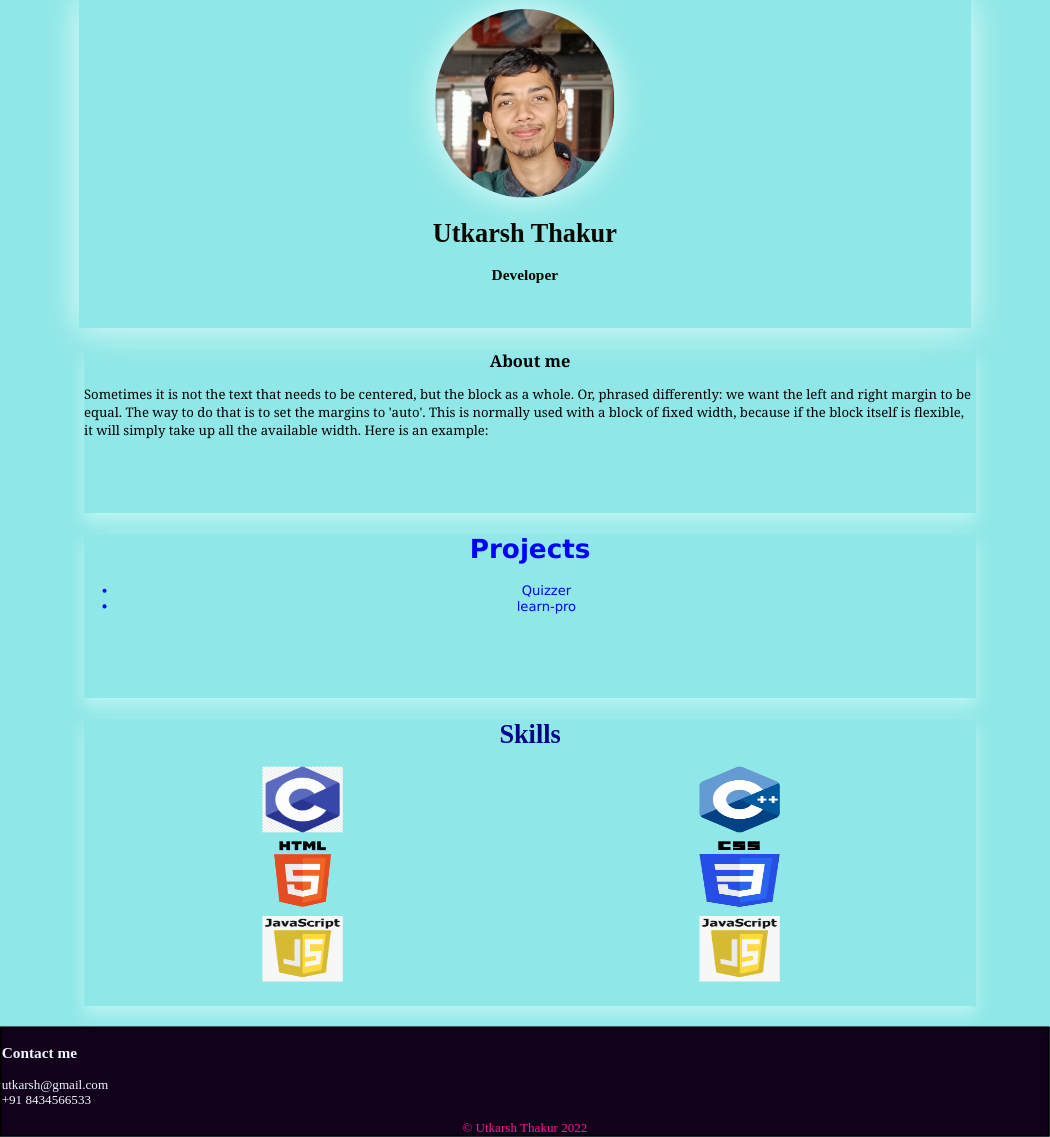
Repository: UtkarshThakur321/Utkarsh-Thakur-Profile
Page: index.html
The author's editor kept a copy of each file at every save. The page is drawn from the files as they stood at one save, then again after the next save.
The browser window is 1280 px wide. The pictures show the whole page, at 82% of full size.

Above is the page before, as saved 2022-01-23 00:18:17.
Not found: main.js

### index.html
<!DOCTYPE html>
<html>
<head>
    <meta charset='utf-8'>
    <meta http-equiv='X-UA-Compatible' content='IE=edge'>
    <title>Page Title</title>
    <meta name='viewport' content='width=device-width, initial-scale=1'>
    <link rel='stylesheet' type='text/css' media='screen' href="index.css">
    <script src='main.js'></script>
</head>
<body>
    <div id="main">
    <!-- <div id="nav">
        <h1>My Resume</h1>
    </div> -->
    <center>
        <div id="intro">
            <div id="profileImage">
                 <img src="./Utkarsh_dp.jpg" alt="DP_Utkarsh__Thakur"
                 width="180" height="170">
            </div>
            <div id="profileName">
                <h1>Utkarsh Thakur</h1>
                <h3>Developer</h3>
            </div>

            <div>


             </div>
        </div>
    </center>



  <div id="aboutMe">
    <div id="aboutMeHeading">
        About me
    </div>
    <div id="aboutMeContent">
        <p>
            Sometimes it is not the text that needs to be centered, but the block as a whole. Or, phrased differently: we want the left and right margin to be equal. The way to do that is to set the margins to 'auto'. This is normally used with a block of fixed width, because if the block itself is flexible, it will simply take up all the available width. Here is an example:
        </p>
    </div>
  </div>



<div id="projects">
    <h1>Projects</h1>
    <ul>
        <li>Quizzer</li>
        <li>learn-pro</li>
    </ul>
</div>



    <div id="skills">
        <h1>Skills</h1>
        <div class="skillsContent">
            <img src="c_programming.png" alt="c_programming">
        </div>
        <div class="skillsContent">
            <img src="./c++_programming.png" alt="c++_programming">
        </div>
        <div class="skillsContent">
            <img src="./html.png" alt="html">
        </div>
        <div class="skillsContent">
            <img src="./CSS3.png" alt="css3">
        </div>
        <div class="skillsContent">
            <img src="./js.png" alt="js">
        </div>
        <div class="skillsContent">
            <img src="./js.png" alt="js">
        </div>

    </div>

    <div id="footer">
        <div id="footerContent">
            <h3>Contact me</h3>
        <p>
            utkarsh@gmail.com<br>
            +91 8434566533

        </p>
            <div id="copyright">
         &copy; Utkarsh Thakur 2022
            </div>
        </div>
        </div>

    </div>



</body>
</html>

### index.css
body{
    width:100%;
    margin:0px;
    background-color: rgb(144, 231, 231);

}


#intro{
    /* background-image:url("./bg.jpg"); */
    /* background-color: rgb(190, 243, 243); */
    height: 400px;
    width:85%;
    box-shadow: 0px 0px 40px rgb(235, 253, 253);
    margin-bottom: 2%;

}


#profileImage>img{
    margin-top: 1%;
    height:230px;
    width:20%;
    border-radius: 180px;
    box-shadow: 0px 0px 40px rgb(235, 253, 253);
}
#profileName{
    color:rgb(8, 8, 0);
    font-family: cursive;
}

#aboutMe{
    width:85%;
    height:200px;
    /* border:2px solid green; */
    margin-left:8%;
    box-shadow: 0px 10px 20px rgba(195, 247, 247, 0.911);
    margin-bottom: 2%;
}


#aboutMeHeading{
    text-align:center;
    font-family: Georgia, 'Times New Roman', Times, serif;
    font-size:20px;
    font-weight: bold;
}
#aboutMeContent{

    font-family: Georgia, 'Times New Roman', Times, serif;
    font-size:16px;

}

#projects{
    width:85%;
        height:200px;
        /* border:2px solid green; */
        margin-left:8%;
        box-shadow: 0px 10px 20px rgba(195, 247, 247, 0.911);
    font-family: Verdana, Geneva, Tahoma, sans-serif;
    color:blue;
    text-align: center;
    margin-bottom: 2%;

}



#skills{
        width:85%;
        height:350px;
        /* border:2px solid green; */
        margin-left:8%;
        box-shadow: 0px 10px 20px rgba(195, 247, 247, 0.911);
        margin-bottom: 2%;

}

#skills{
    color:darkblue;
    font-weight: 400;
    text-align: center;

}
.skillsContent{
    height:80px;
    margin:0% 2% 1%;
    width:45%;
    float:left;
    /* border:2px solid blue; */
}
.skillsContent>img{
    height:80px;
    width:20%;
}



#nav{
    height:50px;
    display:content;
    text-align: center;
    font-weight: 900;
    color:black;}
    /* text-align: center;
    font-family: Verdana, Geneva, Tahoma, sans-serif;
} */



.img{
    height:10px;
    width:10%;
}

#footer{
    background-color: rgb(18, 1, 26);
}
#footerContent{
    border:2px solid black;
    color:aliceblue;

}

/* #footer{
    text-align: center;
} */
#copyright{
    text-align: center;
    color:deeppink
}

After the next save:
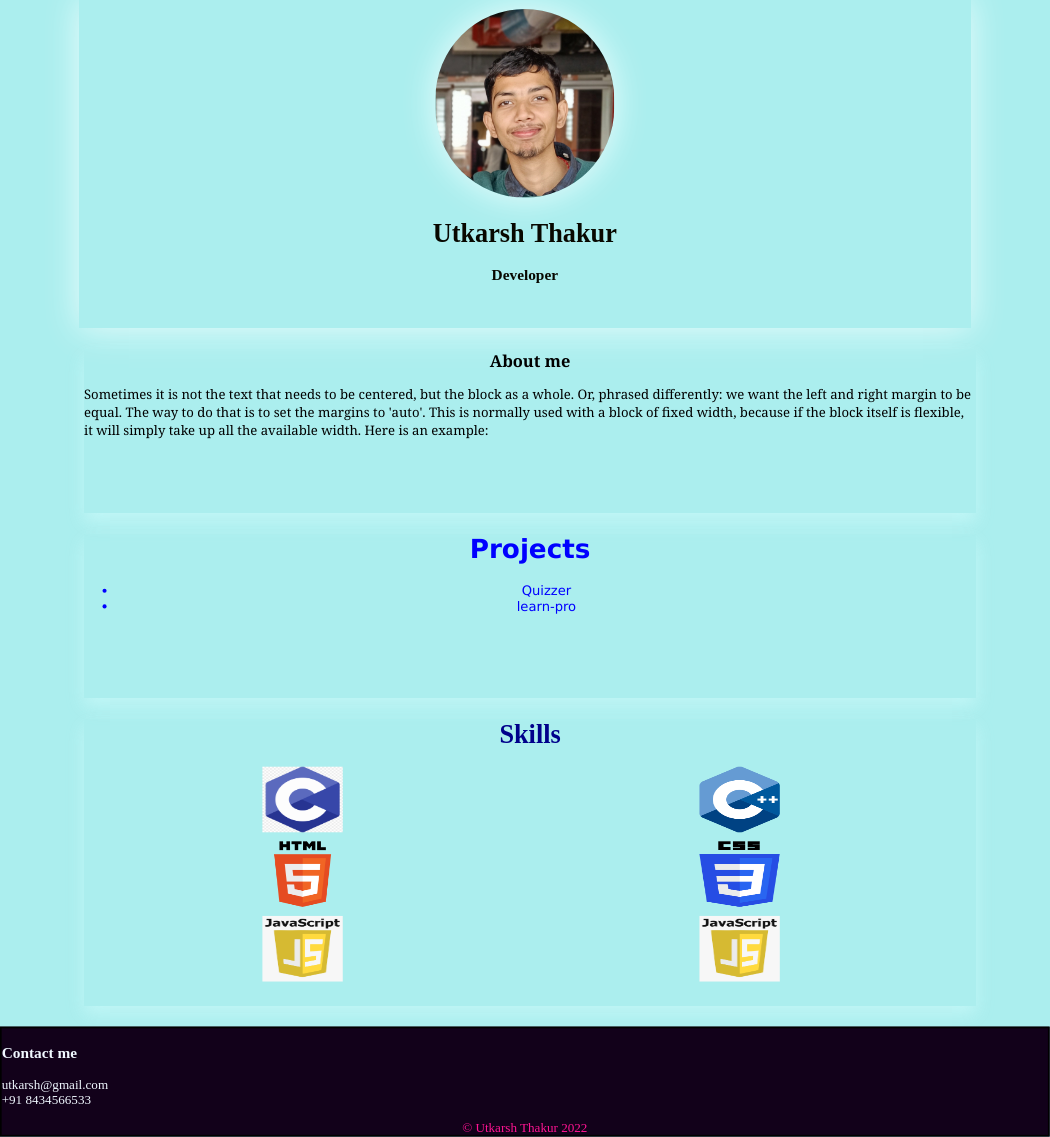
Saved 14 s later.
--- a/index.css
+++ b/index.css
@@ -1,7 +1,7 @@
 body{
     width:100%;
     margin:0px;
-    background-color: rgb(144, 231, 231);
+    background-color: rgb(171, 238, 238);
 
 }
 
